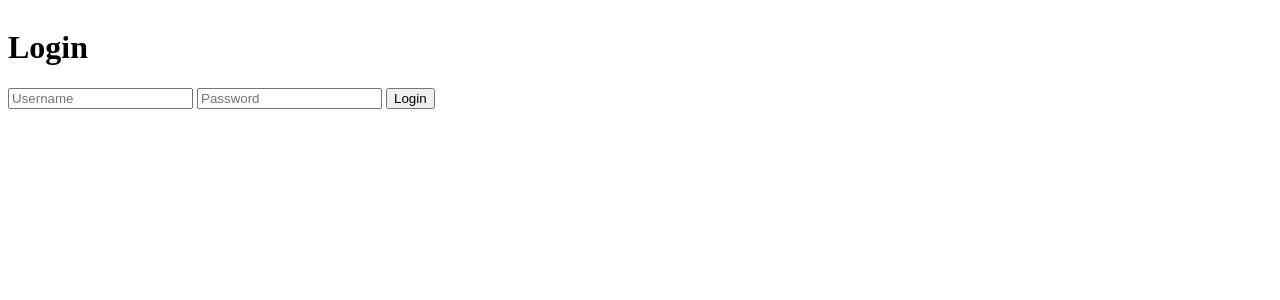
Repository: Appl3Kitti3/PROJECT_4537
Page: ClientSide/login.html
These files come from the project's save history. The page is drawn as it stood at one moment and after the next save; the edit follows.
The browser window is 1280 px wide. The pictures show the whole page.

Above is the page before, as saved 2024-10-17 21:09:45.

### ClientSide/login.html
<!DOCTYPE html>
<html>
    <head>
        <title>Login</title>

        <style>
            .main-container
            {
                display: flex;
                flex-direction: column;
                align-items: center;
            }

        </style>
    </head>

    <body>
        <div class="main-container">

        </div>
        <h1>
            Login
        </h1>

        <form
            action="./story.html">
            <input type="text" id="username" placeholder="Username" />
            <input type="password" id="password" placeholder="Password" />
            <input type="submit" value="Login" />
        </form>
    </body>
</html>

After the next save:
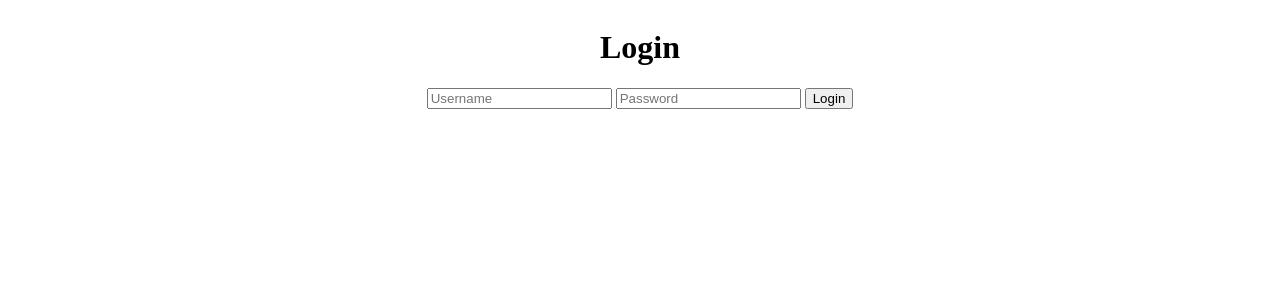
Saved 5 s later.
--- a/ClientSide/login.html
+++ b/ClientSide/login.html
@@ -16,17 +16,17 @@
 
     <body>
         <div class="main-container">
+            <h1>
+                Login
+            </h1>
+
+            <form
+                action="./story.html">
+                <input type="text" id="username" placeholder="Username" />
+                <input type="password" id="password" placeholder="Password" />
+                <input type="submit" value="Login" />
+            </form>
 
         </div>
-        <h1>
-            Login
-        </h1>
-
-        <form
-            action="./story.html">
-            <input type="text" id="username" placeholder="Username" />
-            <input type="password" id="password" placeholder="Password" />
-            <input type="submit" value="Login" />
-        </form>
     </body>
 </html>
